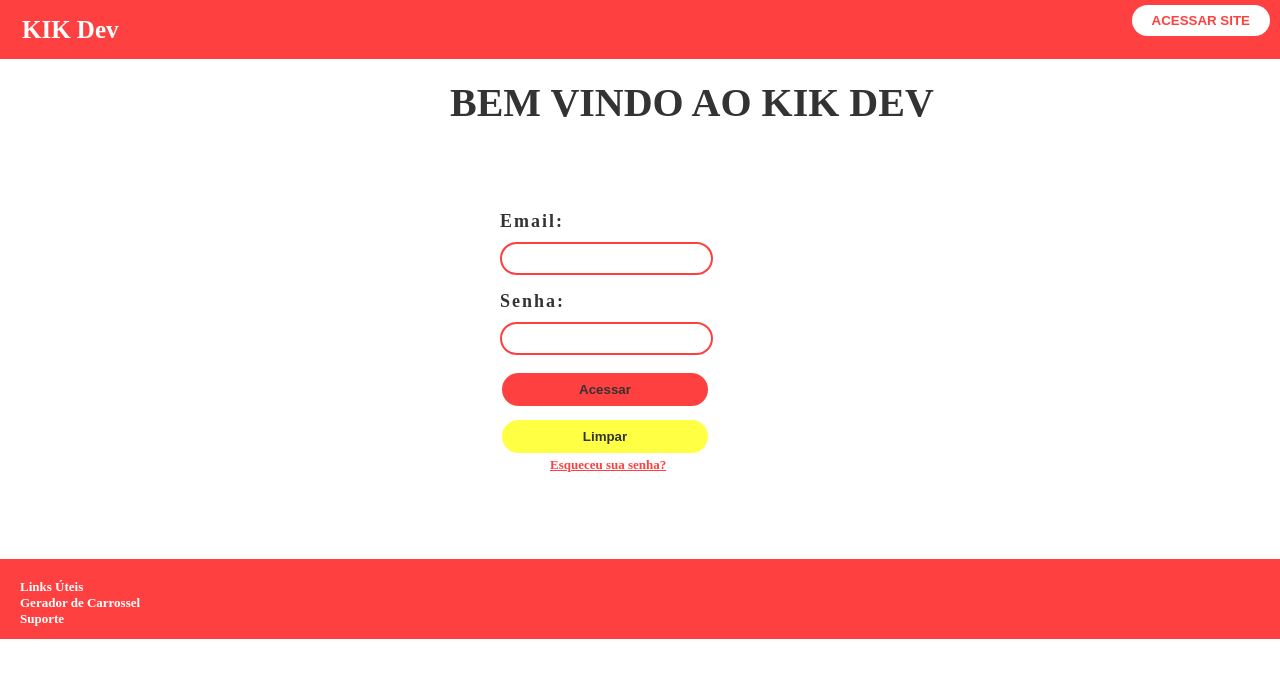
Repository: devgabrielvieira/kikdev
Page: index.html
These files come from the project's save history. The page is drawn as it stood at one moment and after a run of saves; the edit follows.
The browser window is 1280 px wide. The pictures show the whole page.

Above is the page before, as saved 2022-10-30 20:11:17.

After the next 2 saves:
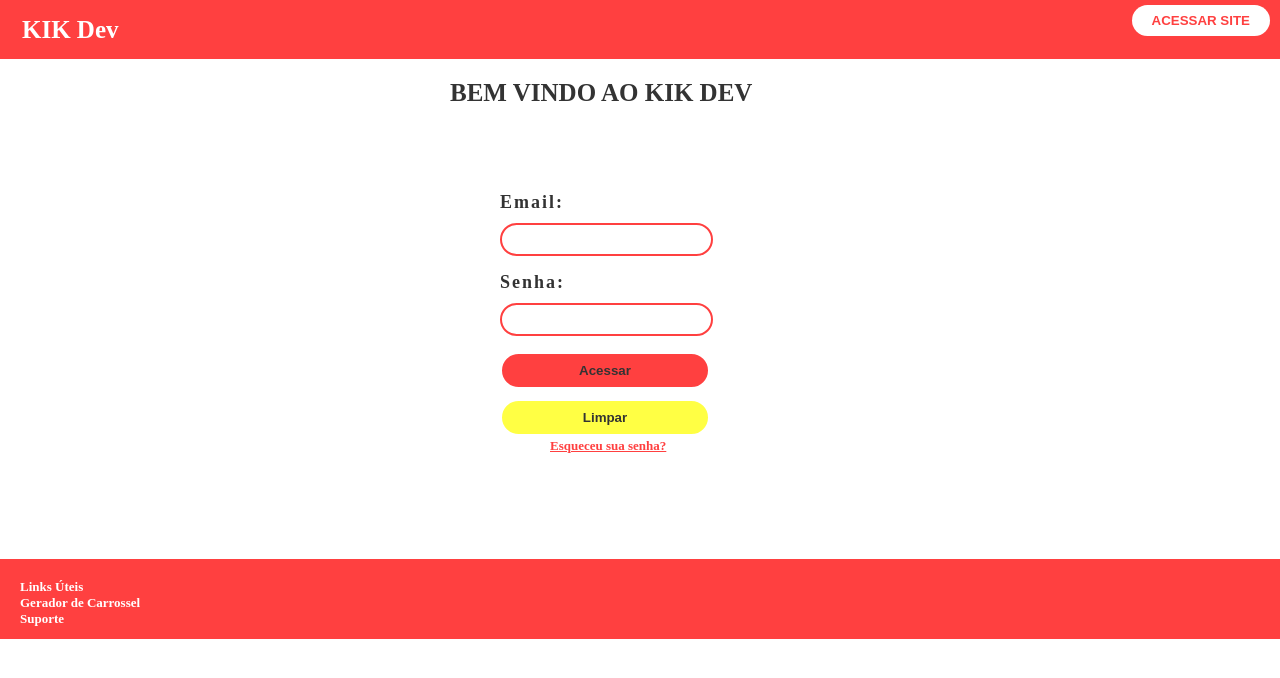
The 2 saves are shown as one change because they came seconds apart.
The last was saved 8 s later.
--- a/style.css
+++ b/style.css
@@ -186,7 +186,7 @@ input:hover {
   }
 
 h3 {
-    font-size: 40px;
+    font-size: 25px;
   width: 100%;
   display: inline-flex;
   margin: 20px 50px 5px 450px;
